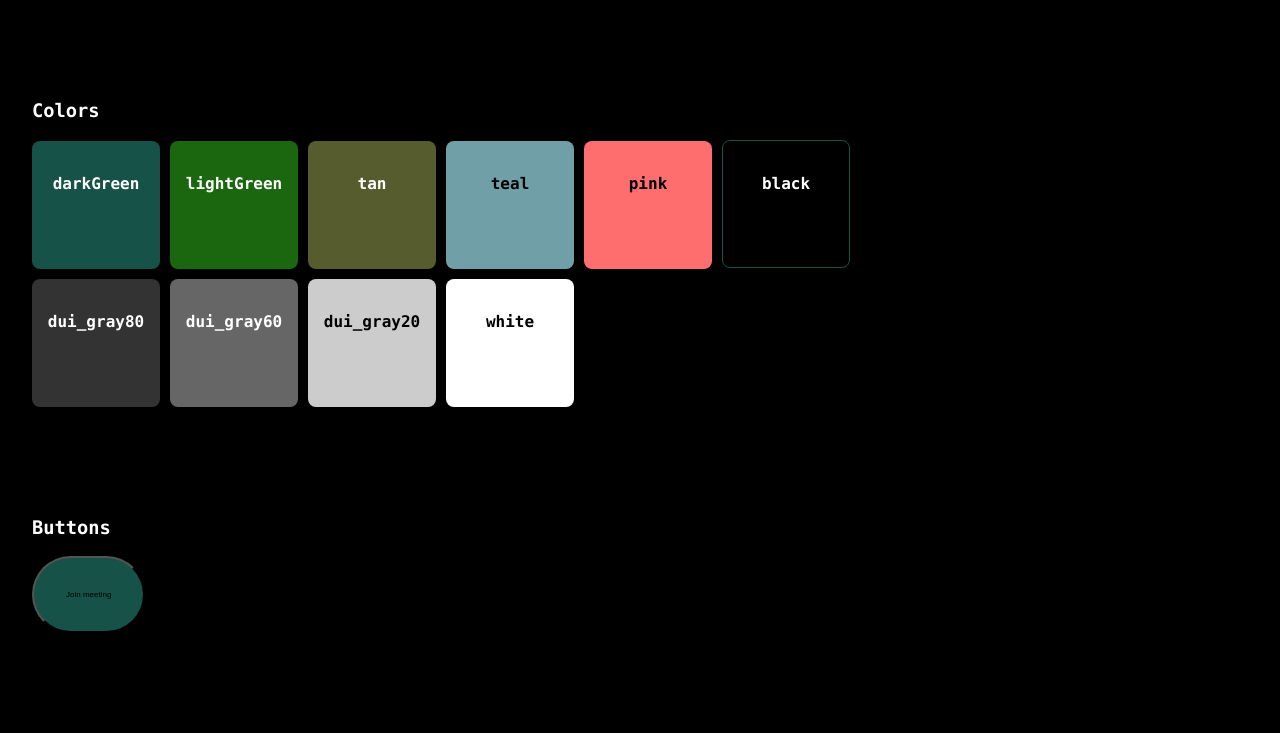
Repository: kttalley/designing-with-data_react-class
Page: / (app in lesson6_design-system-component-extension/)
The author's editor kept a copy of each file at every save. The page is drawn from the files as they stood at one save, then again after the next save.
The browser window is 1280 px wide. The pictures show the whole page.
The project was rebuilt for these pictures with package versions that can differ from the ones it lists, and the page was loaded fresh each time. Imported but missing from the stored project, and not drawn on this page: lesson6_design-system-component-extension/src/Rhubarb/Input.

Above is the page before, as saved 2023-08-30 14:56:08.

### lesson6_design-system-component-extension/src/App.js
import React, { Component } from 'react';
import { DocsSection, DocsColorBox, DocsModalContainer, DocsCodeBlock } from './Docs';
import {
  GlobalStyle,
  Btn
} from './Rhubarb';

class App extends Component {
  render() {
    return (
      <div>
        <GlobalStyle />
        <DocsSection>
          <h3>Colors</h3>
          <DocsColorBox color="darkGreen">darkGreen</DocsColorBox>
          <DocsColorBox color="lightGreen">lightGreen</DocsColorBox>
          <DocsColorBox color="tan">tan</DocsColorBox>
          <DocsColorBox color="teal">teal</DocsColorBox>
          <DocsColorBox color="pink">pink</DocsColorBox>
          <DocsColorBox color="black">black</DocsColorBox>
          <DocsColorBox color="dui_gray80">dui_gray80</DocsColorBox>
          <DocsColorBox color="dui_gray60">dui_gray60</DocsColorBox>
          <DocsColorBox color="dui_gray20">dui_gray20</DocsColorBox>
          <DocsColorBox color="white">white</DocsColorBox>
        </DocsSection>

        <DocsSection>
          <h3>Buttons</h3>
          <Btn color="darkGreen">Join meeting</Btn>
        </DocsSection>
      </div>
    );
  }
}

export default App;

### lesson6_design-system-component-extension/src/Docs/index.js
import styled from 'styled-components';
import {color, space, isDarkBackground, fontSize} from '../Rhubarb';

export const DocsColorBox = styled.div`
background-color: ${ props => color[props.color] ? color[props.color] : color.black };
  color: ${props => isDarkBackground(props.color) ? color.black : color.white};
  height: ${space[6] + 'px'};
  width: ${space[6] + 'px'};
  padding-top: 33px;
  text-align: center;
  font-weight: bold;
  display: inline-block;
  margin-right: 10px;
  margin-bottom: 10px;
  border-radius: 8px;
  border: ${props => props.color === "black" ? '1px solid' + color.darkGreen : 'none'}
`;

export const DocsSection = styled.section`
  margin: 100px 32px;
  max-width: 832px;
`;

export const DocsModalContainer = styled.section`
  position: relative;
  height: 300px;
  border-radius: 3px;
  background: ${color.dui_gray80}
`;

export const DocsCodeBlock = styled.code`
  border: 1px solid ${color.dui_gray80};
  color: ${color.dui_gray60}
  border-radius: 8px;
  display: block;
  font-family: consolas, monospace;
  line-height: 1.3;
  padding: ${space[1] + 'px'};
  white-space: pre-line;
  font-size: ${fontSize[1]};
  margin-top: ${space[3] + 'px'};
  transition: 0.15s color ease;

  &::selection {
    color: ${color.black};
    background-color: ${color.pink};
  }

  &:hover {
    color: ${color.white};
  }


`;

### lesson6_design-system-component-extension/src/Rhubarb/index.js
//this file indexes all Rhubarb components for export

import { createGlobalStyle } from "styled-components";

export const GlobalStyle = createGlobalStyle`
  * {
    box-sizing: border-box;
  }

  body {
    margin: 0;
    padding: 0;
    font-family: menlo, sans-serif;
    background-color: black;
    color: white;
  }
`;


export * from './Button';
export * from './Input';
export * from './Utils';

### lesson6_design-system-component-extension/src/Rhubarb/Button.js
import { color, space, isDarkBackground} from './Utils'
import styled from 'styled-components';
export const Btn = styled.button`
  background-color: ${ props => color[props.color] ? color[props.color] : color.black };
  border-radius: ${space[6] + 'px'};
  padding: ${space[4] + 'px'};
  font-size: ${space[2] + 'px'};

`;

### lesson6_design-system-component-extension/src/Rhubarb/Utils.js
export const color = {

  //core colors
  darkGreen: '#165247',
  tan: '#565C2D',
  lightGreen: '#1A6710',
  teal: '#719FA7',
  pink: '#FF6E6E',

  //grayscale - needs lui
  black: '#000000',
  dui_gray80: '#FFFFFF33',
  dui_gray60: '#FFFFFF66',
  dui_gray40: '##FFFFFF44',
  dui_gray20: '#FFFFFFCC',
  white: '#FFFFFF',
  // solid grays, no opacity,
  //for sake of utility function below
  gray1: '#606060',
  gray2: '#313131',
  gray3: '#181818'

}

export const space = [
  0,
  2,
  8,
  16,
  32,
  64,
  128,
  256,
  512
];

export const fontSize = [
  '14px',
  '16px',
  '20px',
  '24px',
  '32px',
  '64px'
];


export const isDarkBackground = function(color) {
  if (color) {
    if (color.includes('dui_gray20') || color.includes('teal') || color.includes('pink') || color.includes('white')) {
      return true;
    } else {
      return false;
    }
  }
}

Loaded but not shown: lesson6_design-system-component-extension/public/index.html (common file); lesson6_design-system-component-extension/src/index.js (common file); lesson6_design-system-component-extension/src/index.css (common file); lesson6_design-system-component-extension/src/reportWebVitals.js (common file)

After the next save:
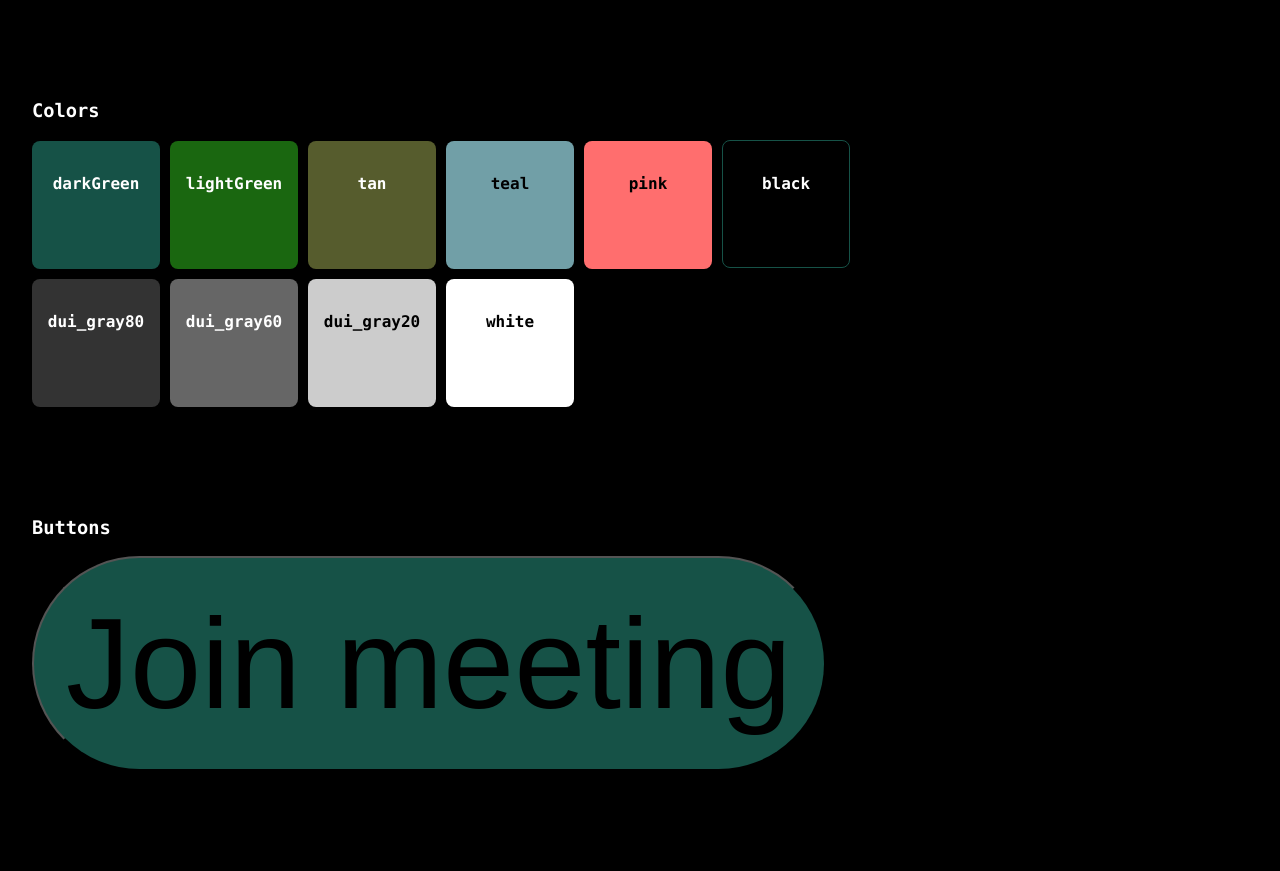
Saved 8 s later.
--- a/lesson6_design-system-component-extension/src/Rhubarb/Button.js
+++ b/lesson6_design-system-component-extension/src/Rhubarb/Button.js
@@ -4,6 +4,6 @@ export const Btn = styled.button`
   background-color: ${ props => color[props.color] ? color[props.color] : color.black };
   border-radius: ${space[6] + 'px'};
   padding: ${space[4] + 'px'};
-  font-size: ${space[2] + 'px'};
+  font-size: ${space[2] + 'rem'};
 
 `;
